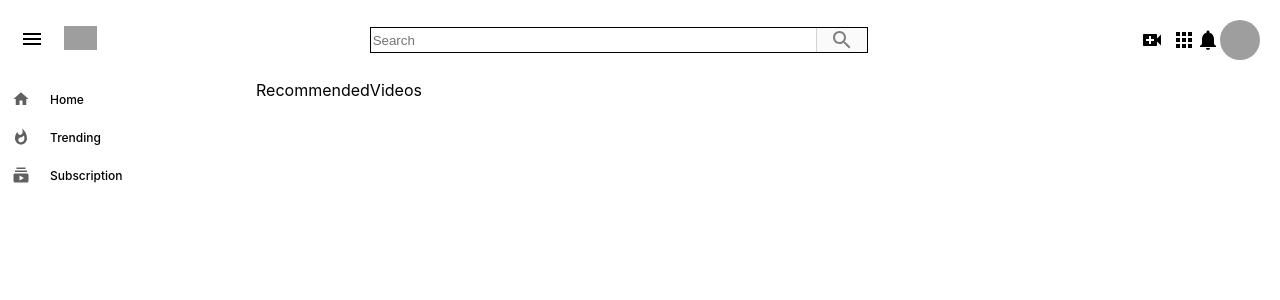
Repository: SubhashiniSundaresan/youtube-clone
Page: /
The author's editor kept a copy of each file at every save. The page is drawn from the files as they stood at one save, then again after the next save.
The browser window is 1280 px wide. The pictures show the whole page.
Pictures or frames that could not be fetched are drawn as grey boxes. The project was rebuilt for these pictures with package versions that can differ from the ones it lists, and the page was loaded fresh each time.

Above is the page before, as saved 2020-12-23 16:19:03.

### src/App.js
import "./App.css";
import Header from "./Header";
import RecommendedVideos from "./RecommendedVideos";
import Sidebar from "./Sidebar";

function App() {
  return (
    <div className='app'>
      <Header />
      <div className='app__page'>
        <Sidebar />
        <RecommendedVideos />
      </div>
    </div>
  );
}

export default App;

### src/App.css
.app__page {
    display: flex;

}

### src/Header.js
import React from "react";
import MenuIcon from "@material-ui/icons/Menu";
import SearchIcon from "@material-ui/icons/Menu";
import { Apps, Notifications, Search, VideoCall } from "@material-ui/icons";
import { Avatar } from "@material-ui/core";
import "./Header.css";
function Header() {
  return (
    <div className='header'>
      <div className='header__left'>
        <MenuIcon />
        <img
          className='header__logo'
          src='https://upload.wikimedia.org/wikipedia/commons/thumb/a/af/Youtube.png/320px-Youtube.png'
          alt=''></img>
      </div>

      <div className='header__input'>
        <input placeholder='Search' type='text'></input>
        <Search className='header__inputButton' />
      </div>
      <div className='header__icons'>
        <VideoCall className='header__icon' />
        <Apps />
        <Notifications />
        <Avatar
          alt='subhashini'
          src='https://yt3.ggpht.com/yti/ANoDKi4bv7sfd1_sBv-rZAj3JLY49-VUpVyAS2WmagLTqA=s108-c-k-c0x00ffffff-no-rj'
        />
      </div>
    </div>
  );
}

export default Header;

### src/RecommendedVideos.js
import React from "react";
import "./RecommendedVideos.css";

function RecommendedVideos() {
  return <div className='recommendedVideos'>RecommendedVideos</div>;
}

export default RecommendedVideos;

### src/Sidebar.js
import { Home, Subscriptions, Whatshot } from "@material-ui/icons";
import React from "react";
import "./Sidebar.css";
import SidebarRow from "./SidebarRow";

function Sidebar() {
  return (
    <div className='sidebar'>
      <SidebarRow selected Icon={Home} title='Home' />
      <SidebarRow Icon={Whatshot} title='Trending' />
      <SidebarRow Icon={Subscriptions} title='Subscription' />
    </div>
  );
}

export default Sidebar;

### src/Header.css
.header {
    display: flex;
align-items: center;
justify-content: space-between;
padding: 20px;
position: sticky;
top: 0;
z-index:100;
background-color: white;
}

.header__logo {
    height: 25px;
    object-fit: contain;
    margin-left: 20px;

}

.header__icons {
    display: flex;
align-items: center;


}

.header__input {
    display: flex;
align-items: center;
border: 1px solid black;
width: 40%;
}


.header__inputButton {
    width: 50px !important;
    background-color: #fafafa;
    border-left: 1px solid lightgray;
    color: gray;
}

.header__input > input {
    flex:1;
    border: none;
}

.header__icon {
    margin-right: 8px;
}

### src/RecommendedVideos.css
.recommendedVideos {
    flex: 0.8;
}

### src/Sidebar.css
.sidebar {
    flex: 0.2;
}

### src/SidebarRow.js
import React from "react";
import "./SideBarRow.css";
function SidebarRow({ selected, Icon, title }) {
  return (
    <div className='sidebarRow'>
      <Icon className='sidebarRow__icon' />
      <h2 className='sidebarRow__title'>{title}</h2>
    </div>
  );
}

export default SidebarRow;

### src/SideBarRow.css
.sidebarRow {
    display: flex;
    align-items: center;
    padding: 10px 12px;
}

.sidebarRow__icon {
color: #606060;
font-size: large !important;

}

.sidebarRow__title {
    flex: 1;
    margin-left: 20px;
    font-size: 12px;
    font-weight: 500;
}

.sidebarRow:hover {
background-color: lightgray;
cursor: pointer;
}

.sidebarRow:hover > .sidebarRow__icon{
    color: red;
    }

    .sidebarRow:hover > .sidebarRow__title{
        font-weight: bold;

        }

Loaded but not shown: public/index.html (common file); src/index.js (common file); src/index.css (common file); src/reportWebVitals.js (common file)

After the next save:
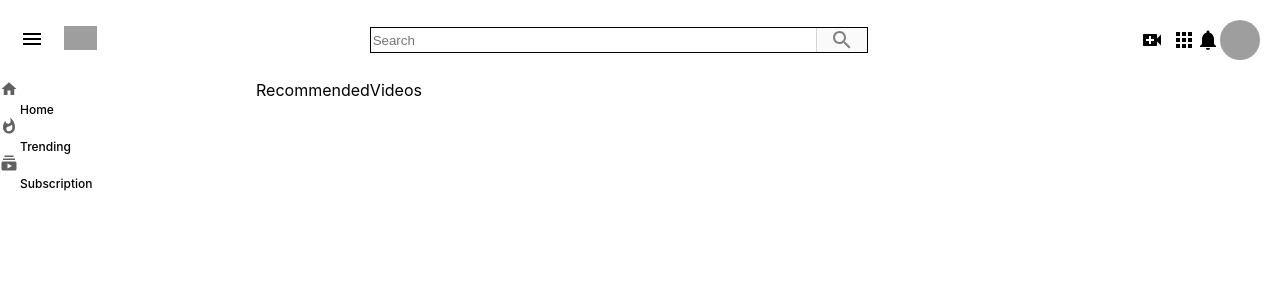
Saved 38 s later.
--- a/src/SidebarRow.js
+++ b/src/SidebarRow.js
@@ -2,7 +2,7 @@
 import "./SideBarRow.css";
 function SidebarRow({ selected, Icon, title }) {
   return (
-    <div className='sidebarRow'>
+    <div className={`sidebarRow` && {}}>
       <Icon className='sidebarRow__icon' />
       <h2 className='sidebarRow__title'>{title}</h2>
     </div>

After the 2 saves that followed:
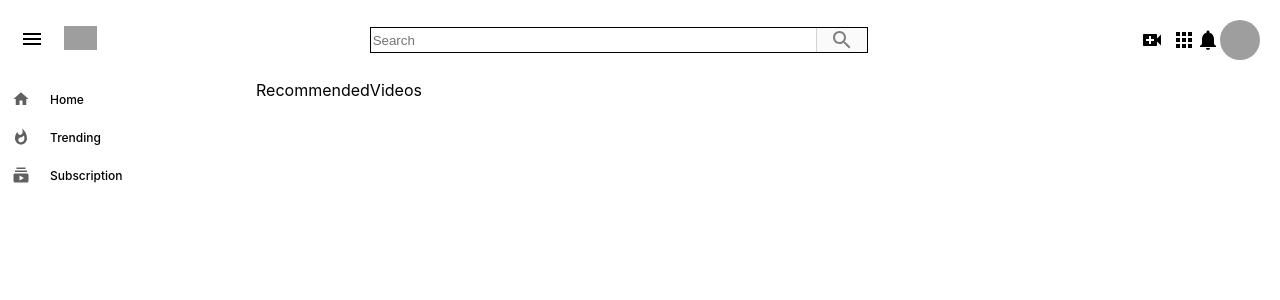
The 2 saves are shown as one change because 1 did not build or start.
The last was saved 2 min 24 s later.
--- a/src/SidebarRow.js
+++ b/src/SidebarRow.js
@@ -2,7 +2,7 @@
 import "./SideBarRow.css";
 function SidebarRow({ selected, Icon, title }) {
   return (
-    <div className={`sidebarRow` && {}}>
+    <div className={`sidebarRow ${selected && "selected"}`}>
       <Icon className='sidebarRow__icon' />
       <h2 className='sidebarRow__title'>{title}</h2>
     </div>
